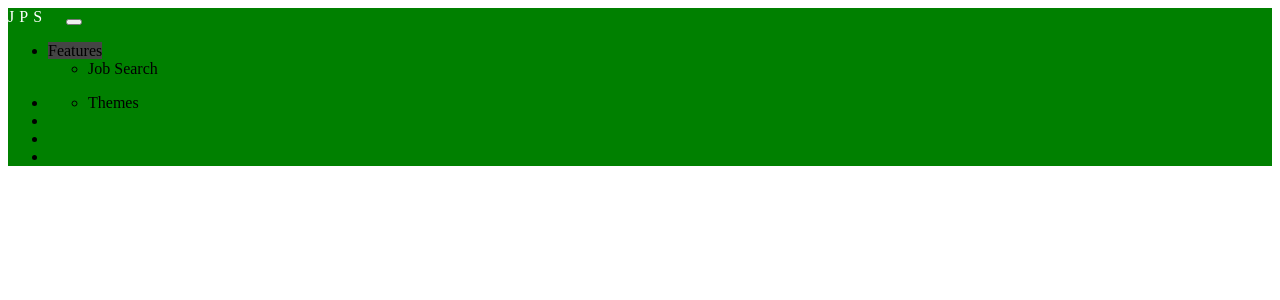
Repository: anvarhaseeb/jobPortalSystem
Page: http://localhost/public_html/pages/Header.jsp
An editor plug-in stored every save of this project. The page is shown before and after the next save, followed by the edit.
The browser window is 1280 px wide. The pictures show the whole page.
The page is served by Tomcat 9.

Above is the page before, as saved 2024-01-09 09:31:14.
Console error: ReferenceError: $ is not defined

After the next save:
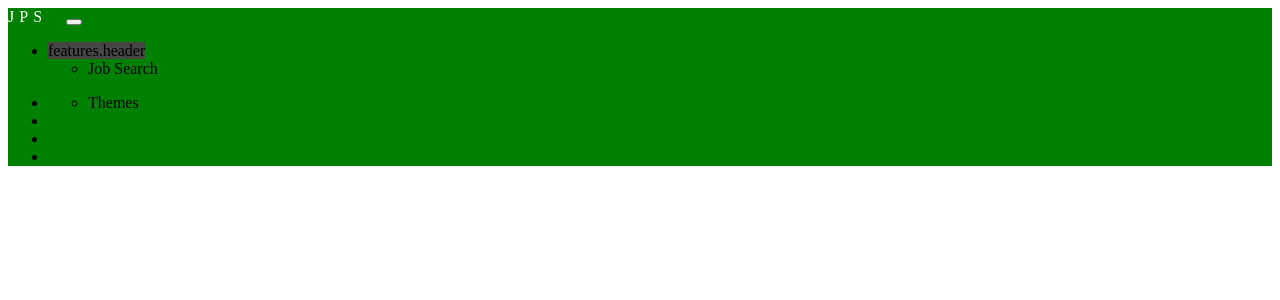
Saved 69 s later.
--- a/JOB/public_html/pages/Header.jsp
+++ b/JOB/public_html/pages/Header.jsp
@@ -64,7 +64,7 @@ $(document).ready(function(){
                 <li class="nav-item dropdown" id="featuresDropdown">
                     <a class="nav-link dropdown-toggle p-2 rounded text-white"  role="button"
                         data-bs-toggle="dropdown" style="background-color: #454545;">
-                        Features
+                        <s:text name="features.header"/>
                     </a>
                     <ul class="dropdown-menu">
                         <li><a class="dropdown-item"  role="button" onclick="searchPages()"><s:text name="jobsearch.message"/></a></li>
